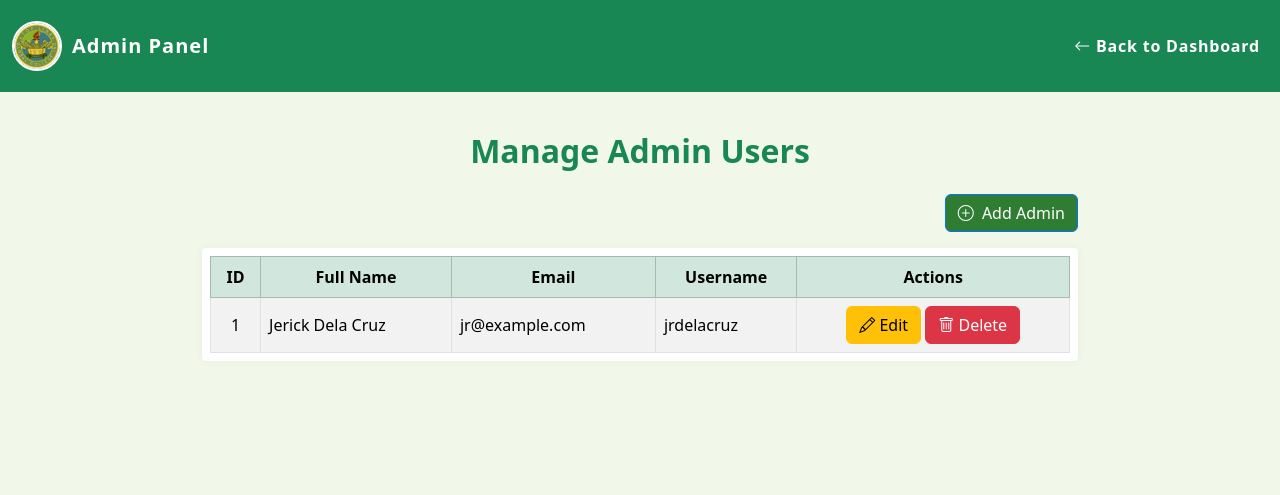
Repository: partymaker01/IT2C_Enrollment_System_SourceCode
Page: http://localhost/IT2C_Enrollment_System_SourceCode/ADMIN/User_Management/manage-admins-users.php
The author's editor kept a copy of each file at every save. The page is drawn from the files as they stood at one save, then again after the next save.
The browser window is 1280 px wide. The pictures show the whole page.
After loading, the first visible `button.btn-danger` was clicked once.
The page is run by PHP 8.4 with error messages shown; the project is at /var/www/html/.

Above is the page before, as saved 2025-05-31 00:08:43.
Console error: ReferenceError: showDeleteModal is not defined

After the next save:
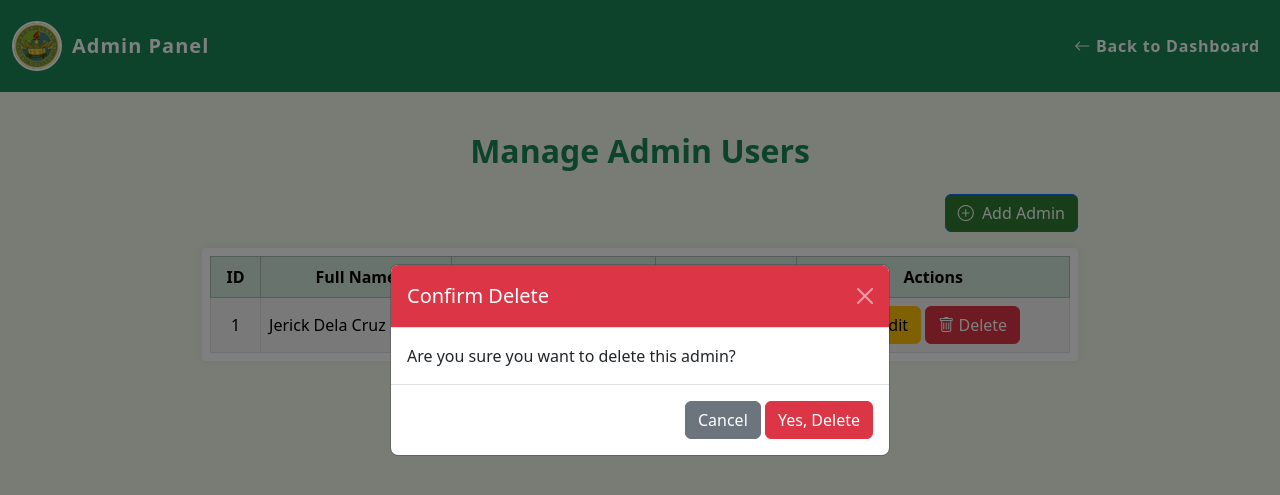
The error is gone.
Saved 85 s later.
--- a/ADMIN/User_Management/manage-admins-users.php
+++ b/ADMIN/User_Management/manage-admins-users.php
@@ -287,6 +287,35 @@ if ($_SERVER['REQUEST_METHOD'] === 'POST') {
   </div>
 
   <script>
+     function showEditModal(id, name, email, username) {
+    document.getElementById('editId').value = id;
+    document.getElementById('editFullName').value = name;
+    document.getElementById('editEmail').value = email;
+    document.getElementById('editUsername').value = username;
+    var editModal = new bootstrap.Modal(document.getElementById('editAdminModal'));
+    editModal.show();
+  }
+
+  function showDeleteModal(id) {
+    document.getElementById('deleteId').value = id;
+    var deleteModal = new bootstrap.Modal(document.getElementById('deleteAdminModal'));
+    deleteModal.show();
+  }
+
+  // Validation
+  (() => {
+    'use strict';
+    const forms = document.querySelectorAll('form');
+    Array.from(forms).forEach(form => {
+      form.addEventListener('submit', event => {
+        if (!form.checkValidity()) {
+          event.preventDefault();
+          event.stopPropagation();
+        }
+        form.classList.add('was-validated');
+      }, false);
+    });
+  })();
     function editData(id) {
     window.location.href = 'edit.php?id=' + id;
   }
